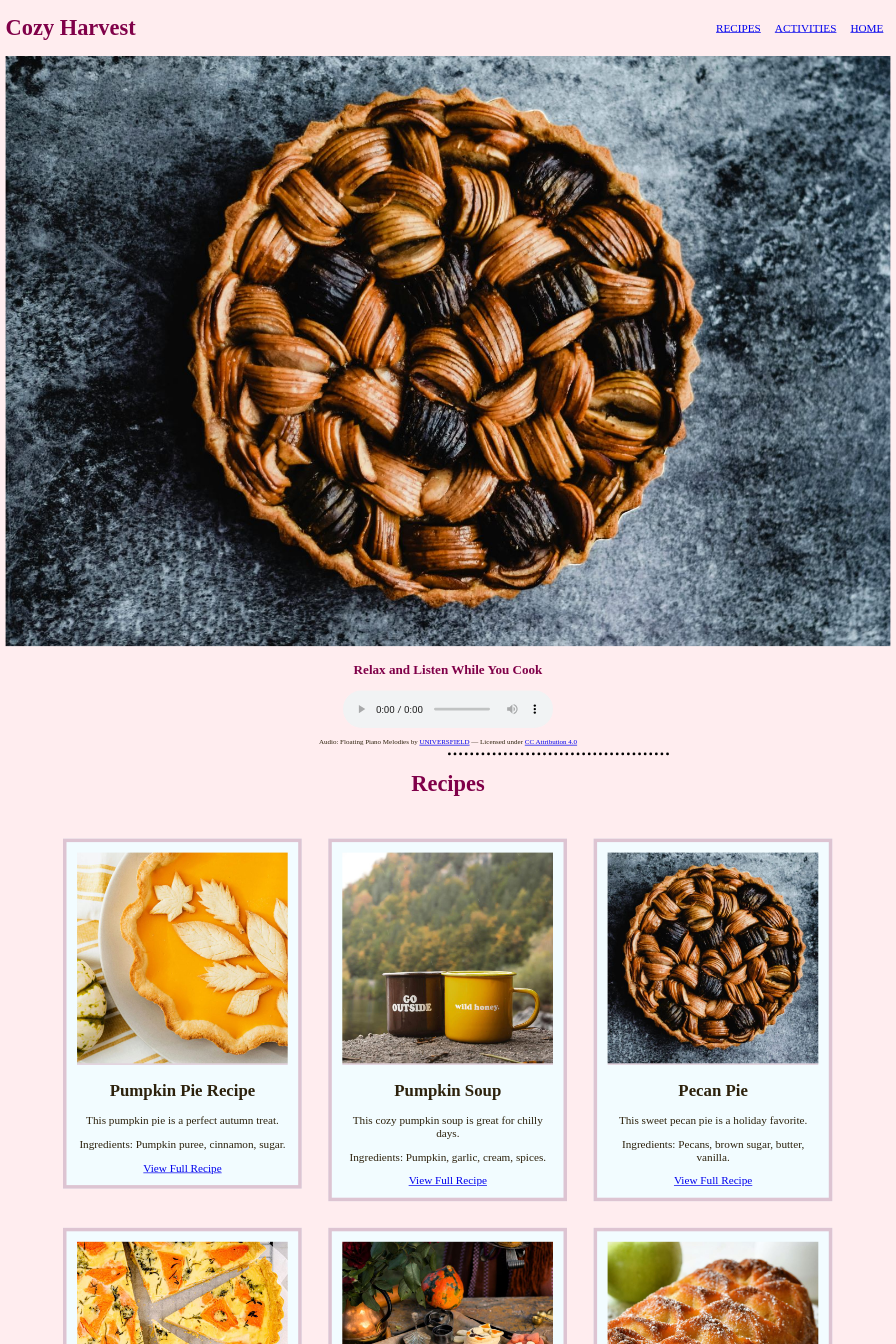
Repository: Brittany-Westlund/MART341-WebDesign
Page: WebDesignHomework/Assignment8/recipes.html
The author's editor kept a copy of each file at every save. The page is drawn from the files as they stood at one save, then again after the next save.
The browser window is 1280 px wide. The pictures show the part of the page from y = 0 to 1920 px (the page is 3028 px tall), at 70% of full size.

Above is the page before, as saved 2024-10-13 13:27:46.

### WebDesignHomework/Assignment8/recipes.html
<!DOCTYPE html>
<html lang="en">
<head>
    <meta charset="UTF-8">
    <meta name="viewport" content="width=device-width, initial-scale=1.0">
    <title>Autumn Orchard</title>

    <style>
        body {
            background-color: rgb(255, 237, 239);
        }
        h1, h3 {
            color: rgb(128, 0, 73);
            text-align: center;
        }
        h2, p {
            color: rgb(45, 34, 13);
            text-align: center;
        }
        .recipe-section {
            width: 90%;
            margin: 0 auto;
            padding: 20px;
        }
        .recipe {
            width: 30%;
            float: left;
            margin: 1.66%; /* Spacing between the recipes */
            border: 5px solid rgb(221, 196, 210);
            padding: 15px;
            background-color: #f2fcff;
            box-sizing: border-box;
            text-align: center; /* Center text and images in the recipe div */
        }
        .recipe img {
            width: 100%; /* Make images full width of container */
            height: auto;
            border-bottom: 2px solid rgb(221, 196, 210); /* Add border to separate image */
        }
        .clear {
            clear: both;
        }
    </style>

</head>
<body>

<!-- Navigation Links -->
    <a style="float: right; padding: 10px" href="index.html">HOME</a>
    <a style="float: right; padding: 10px" href="activities.html">ACTIVITIES</a>
    <a style="float: right; padding: 10px" href="recipes.html">RECIPES</a>

    <h1 style="text-align: left;">Cozy Harvest</h1>

<!-- Hero image -->
    <img src="images/autumn-slices-pie-optimized.jpg" style="width: 100%;" alt="Autumn Pie">


<!-- Audio element -->
    <h3>Relax and Listen While You Cook</h3>
    <div style="text-align: center;">
        <audio controls>
            <source src="audio/floating-piano-melodies.mp3" type="audio/mpeg">
            Your browser does not support the audio element.
        </audio>
        <!-- Audio attribution -->
        <p style="font-size: 10px;">Audio: Floating Piano Melodies by <a href="https://freesound.org/s/723971/" target="_blank">UNIVERSFIELD</a> — Licensed under <a href="https://creativecommons.org/licenses/by/4.0/" target="_blank">CC Attribution 4.0</a></p>
    </div>

    <div style="border-bottom: 4px dotted #000; width: 25%; margin-left: 50%;"></div>

<!-- Recipe section -->
    <h1>Recipes</h1>
    <div class="recipe-section">
        <div class="recipe">
            <img src="images/pumpkin-pie-leaves.jpg" alt="Pumpkin Pie">
            <h2>Pumpkin Pie Recipe</h2>
            <p>This <span class="special-note">pumpkin pie</span> is a perfect autumn treat.</p>
            <p>Ingredients: Pumpkin puree, cinnamon, sugar.</p>
            <a href="https://www.williams-sonoma.com/recipe/pumpkin-pie.html" target="_blank">View Full Recipe</a>
        </div>

        <div class="recipe">
            <img src="images/autumn-coffee-mugs-square.jpg" alt="Pumpkin Soup">
            <h2>Pumpkin Soup</h2>
            <p>This <span class="special-note">cozy pumpkin soup</span> is great for chilly days.</p>
            <p>Ingredients: Pumpkin, garlic, cream, spices.</p>
            <a href="https://www.tasteofhome.com/recipes/pumpkin-soup/" target="_blank">View Full Recipe</a>
        </div>

        <div class="recipe">
            <img src="images/autumn-slices-pie-square.jpg" alt="Pecan Pie">
            <h2>Pecan Pie</h2>
            <p>This <span class="special-note">sweet pecan pie</span> is a holiday favorite.</p>
            <p>Ingredients: Pecans, brown sugar, butter, vanilla.</p>
            <a href="https://sugarspunrun.com/pecan-pie-recipe/" target="_blank">View Full Recipe</a>
        </div>

        <div class="recipe">
            <img src="images/autumn-quiche-square.jpg" alt="Butternut Squash Quiche">
            <h2>Butternut Squash Quiche</h2>
            <p>This <span class="special-note">creamy soup</span> is comforting and delicious.</p>
            <p>Ingredients: Butternut squash, egg, onion, cream.</p>
            <a href="https://www.shekeepsalovelyhome.com/butternut-squash-quiche/" target="_blank">View Full Recipe</a>
        </div>

        <div class="recipe">
            <img src="images/fox-cookies-square.jpg" alt="Fox Cookies">
            <h2>Fox Cookies</h2>
            <p>These <span class="special-note">fox cookies</span> are perfect for a fall dessert.</p>
            <p>Ingredients: Flour, cinnamon, nutmeg, butter.</p>
            <a href="https://thebearfootbaker.com/fun-little-fox-cookies/" target="_blank">View Full Recipe</a>
        </div>

        <div class="recipe">
            <img src="images/autumn-bundt-cake-square.jpg" alt="Pumpkin Bread">
            <h2>Pumpkin Bread</h2>
            <p>This <span class="special-note">soft pumpkin bread</span> is a must-bake.</p>
            <p>Ingredients: Pumpkin puree, sugar, cinnamon.</p>
            <a href="https://letsdishrecipes.com/autumn-spice-bundt-cake/" target="_blank">View Full Recipe</a>
        </div>


        <div class="clear"></div> <!-- Clears the float after the rows -->
    </div>


<!-- Cooking Timer iframe -->
    <h3>Set a Cooking Timer</h3>
    <div style="width: 100%; text-align: center;">
        <iframe src="https://123timer.com/" width="50%" height="600"></iframe>
    </div>


<!-- Escape character example -->
    <p>&copy; 2024 Autumn Orchard • Enjoy Your Harvest</p>

</body>
</html>

After the next save:
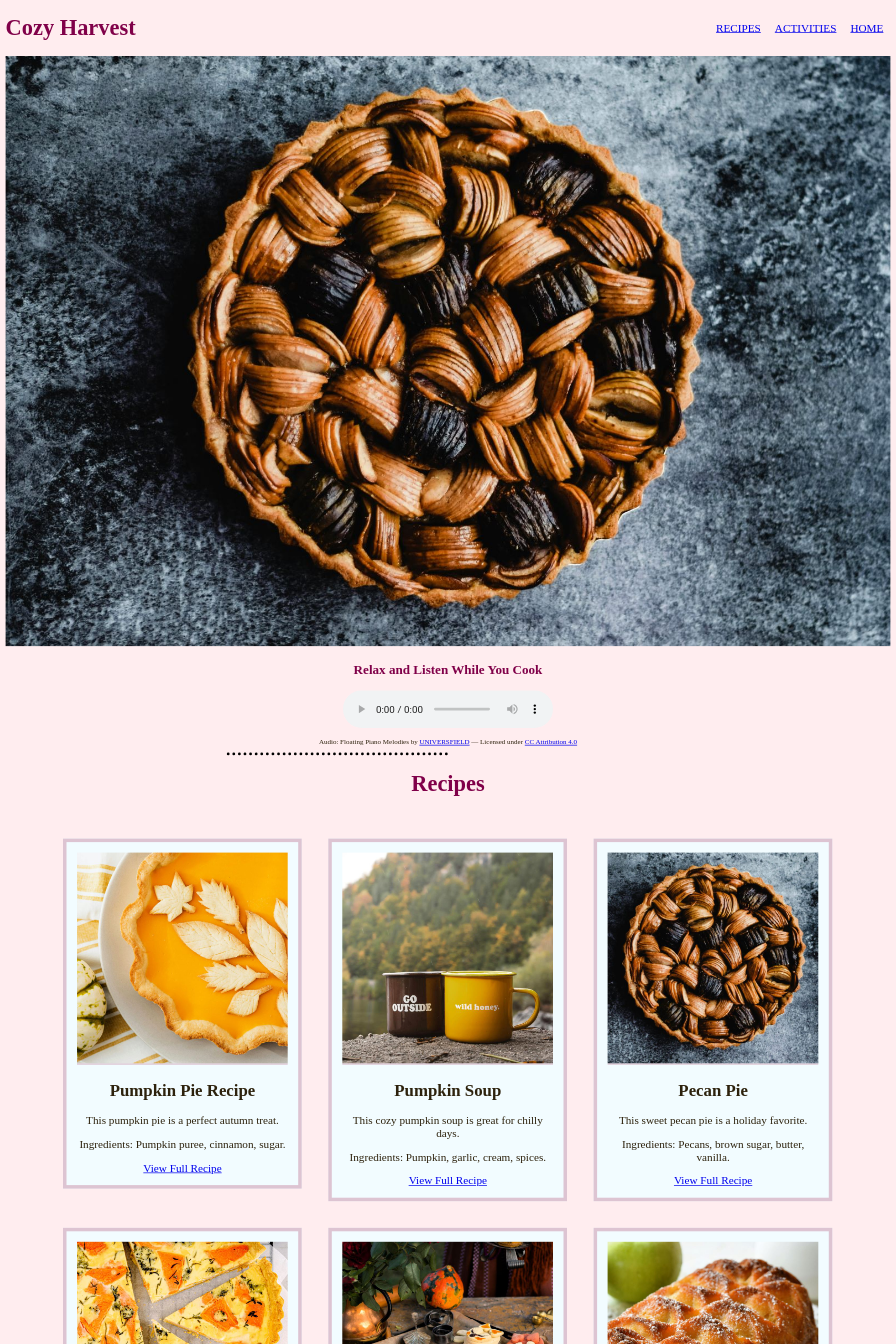
Saved 17 s later.
--- a/WebDesignHomework/Assignment8/recipes.html
+++ b/WebDesignHomework/Assignment8/recipes.html
@@ -67,7 +67,7 @@
         <p style="font-size: 10px;">Audio: Floating Piano Melodies by <a href="https://freesound.org/s/723971/" target="_blank">UNIVERSFIELD</a> — Licensed under <a href="https://creativecommons.org/licenses/by/4.0/" target="_blank">CC Attribution 4.0</a></p>
     </div>
 
-    <div style="border-bottom: 4px dotted #000; width: 25%; margin-left: 50%;"></div>
+    <div style="border-bottom: 4px dotted #000; width: 25%; margin-left: 25%;"></div>
 
 <!-- Recipe section -->
     <h1>Recipes</h1>
